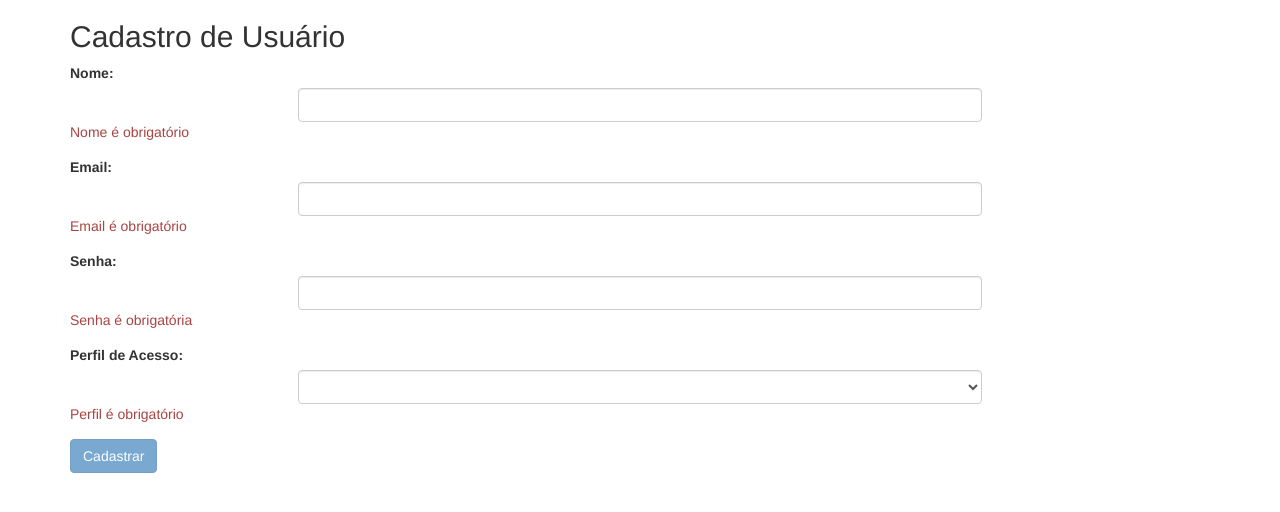
Repository: AndersonSchinemann/ProjetoSaas
Page: TopData/src/main/resources/static/views/cadastro.html
These files come from the project's save history. The page is drawn as it stood at one moment and after the next save; the edit follows.
The browser window is 1280 px wide. The pictures show the whole page.

Above is the page before, as saved 2023-11-13 16:31:22.

After the next save:
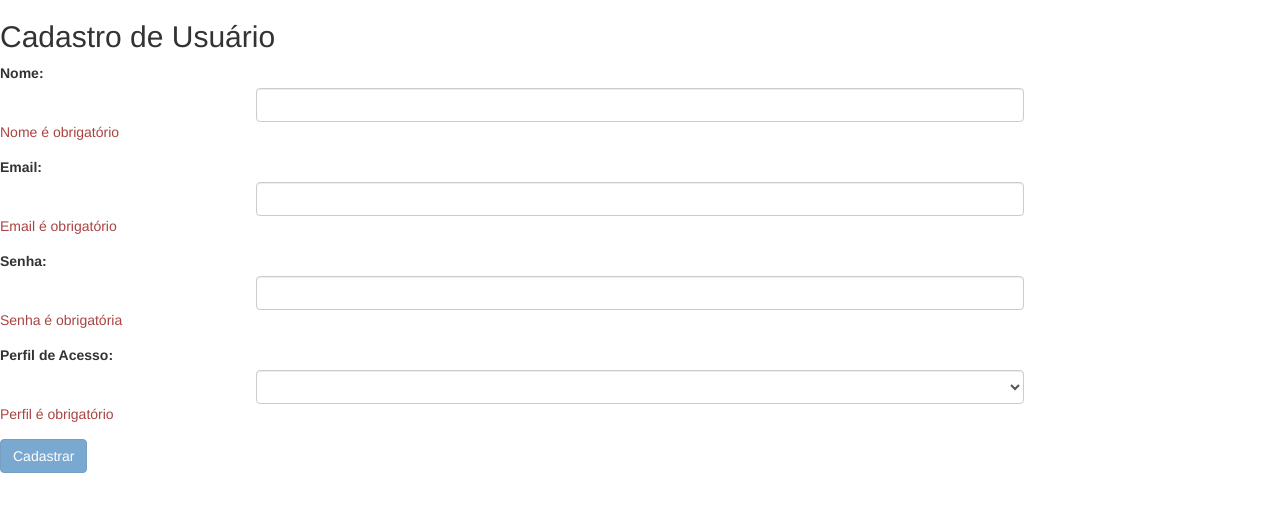
Saved 26 s later.
--- a/TopData/src/main/resources/static/views/cadastro.html
+++ b/TopData/src/main/resources/static/views/cadastro.html
@@ -15,7 +15,7 @@
 <!-- Seus scripts Angular -->
 <script src="js/controllerCad.js"></script>
 
-<div class="container text-left" ng-app="CadastroApp" ng-controller="CadastroController">
+<div class="text-left" ng-app="CadastroApp" ng-controller="CadastroController">
   <h2>Cadastro de Usuário</h2>
 
   <form name="formulario" ng-app>

After the save that followed:
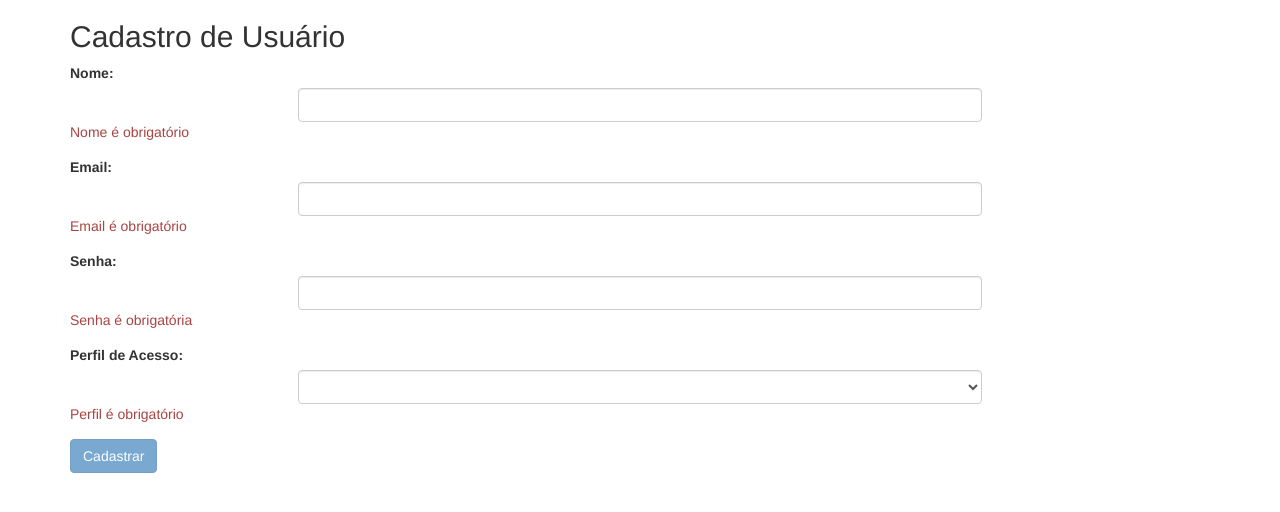
Saved 37 s later.
--- a/TopData/src/main/resources/static/views/cadastro.html
+++ b/TopData/src/main/resources/static/views/cadastro.html
@@ -15,7 +15,7 @@
 <!-- Seus scripts Angular -->
 <script src="js/controllerCad.js"></script>
 
-<div class="text-left" ng-app="CadastroApp" ng-controller="CadastroController">
+<div class="container text-left" ng-app="CadastroApp" ng-controller="CadastroController">
   <h2>Cadastro de Usuário</h2>
 
   <form name="formulario" ng-app>
